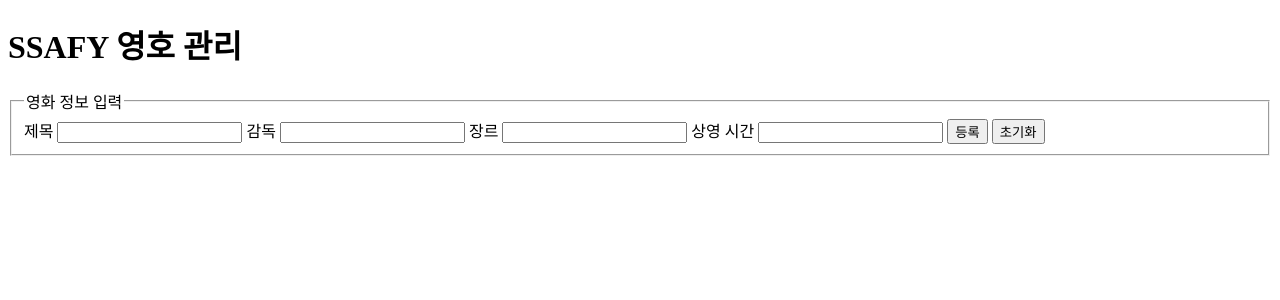
Repository: nkj0901/Personal-Repository
Page: SSAFY/서블릿/back_db_ws_01_2/WebContent/regist.html
These files come from the project's save history. The page is drawn as it stood at one moment and after the next save; the edit follows.
The browser window is 1280 px wide. The pictures show the whole page.

Above is the page before, as saved 2022-09-01 04:53:38.

### SSAFY/서블릿/back_db_ws_01_2/WebContent/regist.html
<!DOCTYPE html>
<html>
<head>
<meta charset="UTF-8">
<title>영화정보사이트</title>
</head>
<body>
	<!-- 메인화면을 구현하세요. -->

	<h1>SSAFY 영호 관리</h1>
	<form action="/main">
	<fieldset>
	<legend>영화 정보 입력</legend>
	<label>제목</label>
	<input type = "text" name = "title">
	<label>감독</label>
	<input type = "text" name = "director">
	<label>장르</label>
	<input type = "text" name = "gerne">
	<label>상영 시간</label>
	<input type = "text" name = "runningTime">
	<button>등록</button>
	<button>초기화</button>
	</fieldset>
	</form>
</body>
</html>

After the next save:
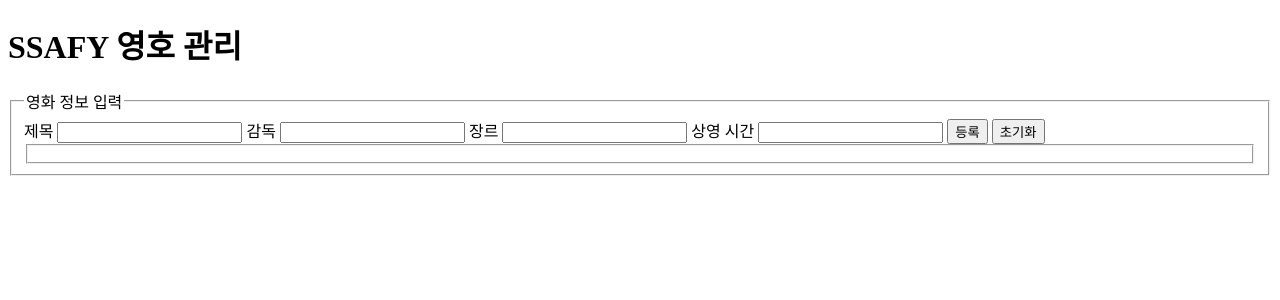
Saved 78 s later.
--- a/SSAFY/서블릿/back_db_ws_01_2/WebContent/regist.html
+++ b/SSAFY/서블릿/back_db_ws_01_2/WebContent/regist.html
@@ -9,19 +9,19 @@
 
 	<h1>SSAFY 영호 관리</h1>
 	<form action="/main">
-	<fieldset>
-	<legend>영화 정보 입력</legend>
-	<label>제목</label>
-	<input type = "text" name = "title">
-	<label>감독</label>
-	<input type = "text" name = "director">
-	<label>장르</label>
-	<input type = "text" name = "gerne">
-	<label>상영 시간</label>
-	<input type = "text" name = "runningTime">
-	<button>등록</button>
-	<button>초기화</button>
-	</fieldset>
+		<fieldset>
+			<legend>영화 정보 입력</legend>
+			<label>제목</label>
+			<input type = "text" name = "title">
+			<label>감독</label>
+			<input type = "text" name = "director">
+			<label>장르</label>
+			<input type = "text" name = "gerne">
+			<label>상영 시간</label>
+			<input type = "text" name = "runningTime">
+			<button>등록</button>
+			<button>초기화</button>
+		<fieldset>
 	</form>
 </body>
 </html>

After the 2 saves that followed:
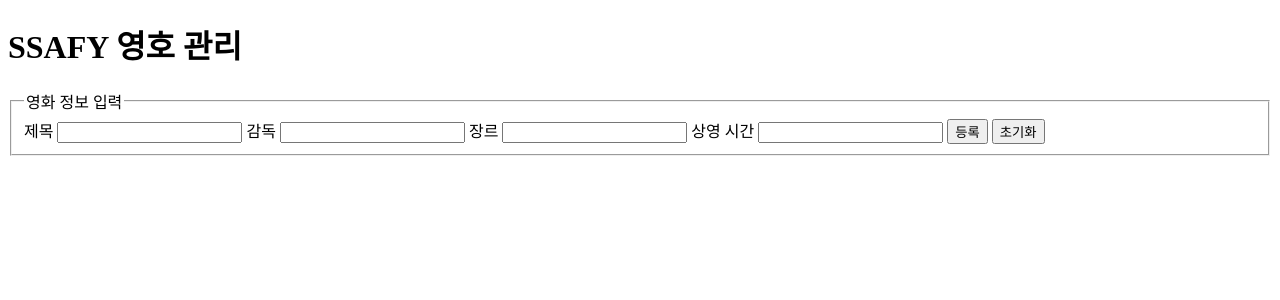
The 2 saves are shown as one change because 1 left the picture as it was.
The last was saved 40 s later.
--- a/SSAFY/서블릿/back_db_ws_01_2/WebContent/regist.html
+++ b/SSAFY/서블릿/back_db_ws_01_2/WebContent/regist.html
@@ -8,7 +8,7 @@
 	<!-- 메인화면을 구현하세요. -->
 
 	<h1>SSAFY 영호 관리</h1>
-	<form action="/main">
+	<form action="/main" method = "POST">
 		<fieldset>
 			<legend>영화 정보 입력</legend>
 			<label>제목</label>
@@ -21,7 +21,7 @@
 			<input type = "text" name = "runningTime">
 			<button>등록</button>
 			<button>초기화</button>
-		<fieldset>
+		</fieldset>
 	</form>
 </body>
 </html>
